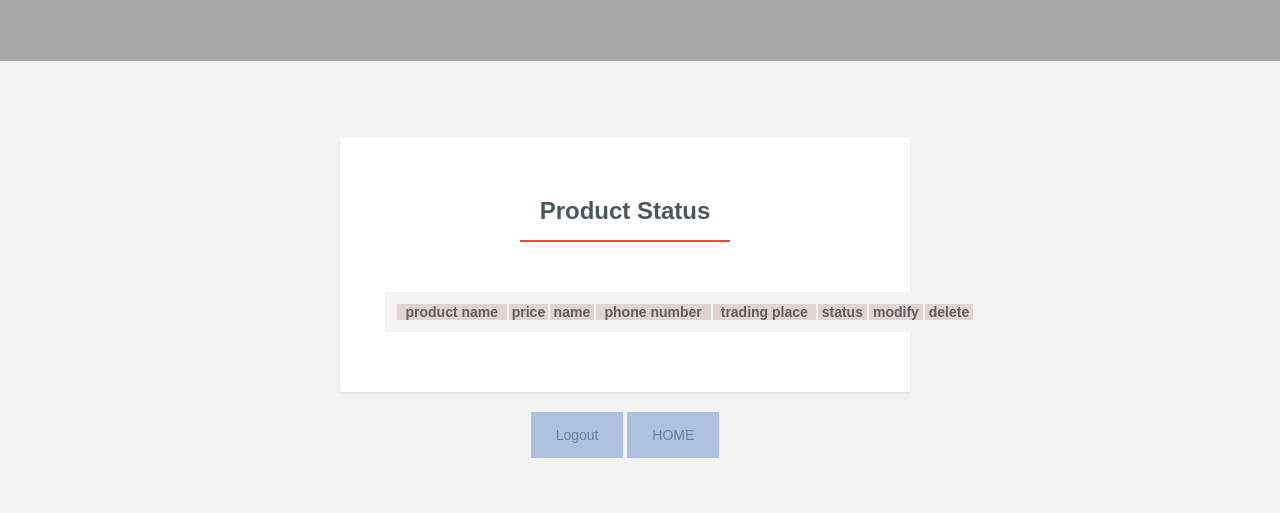
Repository: 0suh/SKKU_Web_project
Page: http://localhost/2018312257_YoungSuhChin_project/productstatus.jsp
These files come from the project's save history. The page is drawn as it stood at one moment and after the next save; the edit follows.
The browser window is 1280 px wide. The pictures show the whole page.
The page is served by Tomcat 9. Queries for data that is not in the repository find no rows.

Above is the page before, as saved 2020-12-20 14:54:14.

### FinalProject/2018312257_YoungSuhChin_project/WebContent/productstatus.jsp
<%@ page language="java" contentType="text/html; charset=utf-8"
    pageEncoding="utf-8"%>
<%@ page import="java.util.*" %>

<!DOCTYPE html>
<%@ page import = "java.sql.*" %>
<html>
<head>
<meta charset="utf-8">
<title>product status</title>
<link rel="stylesheet" href="css/main.css"> <!-- link with css file -->
<link rel="stylesheet" href="css/login-register.css"> <!-- link with css file -->
</head>
<body>
<ul>
<li></li>
</ul>

<div class="main-content">
<%
response.setContentType("text/html;charset=utf-8");
request.setCharacterEncoding("utf-8"); //set charset, encoding
Class.forName("com.mysql.cj.jdbc.Driver"); //load driver
Connection con=null; //declare connection
Statement stmt=null; //declare statement
ResultSet rs=null; //declare result

try
{
	con=DriverManager.getConnection("jdbc:mysql://localhost:3306/dbuser","root","root"); //create connection
	stmt=con.createStatement();

	String query="select productname,price,name,phonenumber,tradingplace,status from product"; //sql select query
	rs=stmt.executeQuery(query); //execute query and store in resultset object rs.
%>
   <form class="form-register" action="memberdelete.jsp" method="post" > <!-- goto memberdelete.jsp -->

   <div class="form-register-with-ID">
   <div class="form-white-background">
     <div class="form-title-row">
    <h1>Product Status</h1>
    </div>

   <table style="color:#5f5f5f;background-color: #f3f3f3;text-align: center;padding:10px;width:600px;margin:0px auto">

   <tr style="background-color:#e0d4d3">
   <td>product name</td> <!-- table for product name -->
   <td>price</td> <!-- table for price -->
   <td>name</td> <!-- table for name -->
   <td>phone number</td> <!-- table for phone number -->
   <td>trading place</td> <!-- table for trading place -->
   <td>status</td> <!-- table for status -->
   <td>modify</td> <!-- table for modify -->
   <td>delete</td> <!-- table for delete -->
   </tr>
   <%
   while(rs.next()){ //get object's field value
	   %>
	   <tr>

	   <td><%=rs.getString("productname") %></td> <!-- get product name -->
	   <td><%=rs.getString("price") %></td> <!-- get price -->
	   <td><%=rs.getString("name") %></td> <!-- get name -->
	   <td><%=rs.getString("phonenumber") %></td> <!-- get phone number -->
	   <td><%=rs.getString("tradingplace") %></td> <!-- get trading place -->
	   <td><%=rs.getString("status") %></td> <!-- get status -->
	   <td><a href="modifyproduct.jsp?mod=<%=rs.getString("productname") %>" style="text-decoration: none; color:#6caee0">modify</a></td><!-- modify member -->
	   <td><a href="deleteproduct.jsp?del=<%=rs.getString("productname") %>" style="text-decoration: none; color:#6caee0">delete</a></td><!-- delete member -->
     </tr>
     <%
     } //end of the while
   %>
     </table>
     </div>
     <a href="logout.jsp" class="form-log-in-with-existing">Logout</a> <!-- log out -->

   <a href="welcomeseller.jsp" class="form-log-in-with-existing">HOME</a> <!-- return to home page -seller -->
    </div>
   </form>
   <%
   rs.close(); // ResultSet exit
   stmt.close(); // Statement exit
   con.close();  // Connection exit
}
   catch(SQLException e){
   out.println("err:"+e.toString());
   }
   %>
   </div>

</body>
</html>

### FinalProject/2018312257_YoungSuhChin_project/WebContent/css/main.css
@import url('http://fonts.googleapis.com/css?family=Open+Sans:400,700');

*{ /*entire setting*/
    margin: 0;
    padding: 0;
    box-sizing: border-box;
}

html{
	background-color: #efefef;
}

body{
	font:14px/1.5 Arial, Helvetica, sans-serif;
	margin:0;
}


ul {/*ul design (menu bar)*/
    list-style: none;
    border-bottom: 1px solid #EAEAEA;
    background-color: #A9A9A9;
    padding: 20px;
    margin-top: 0;
    text-align: center;
    margin-bottom: 75px;
}

ul a{/*ul menu bar link design*/
    text-decoration: none;
    color: #FFF;
    text-align: left;
    background-color: #bfcbde;
    padding: 10px 16px;
    border-radius: 2px;
    opacity: 0.8;
    font-size: 16px;
    display: inline-block;
    margin: 4px;
    line-height: 1;
    outline: none;

    transition: 0.2s ease;
}

ul li a.active{ /*menu hyperlink effect*/
    background-color:#bfcbde;
    pointer-events: none;
}

ul li a:hover { /*when mouse is on hyperlink*/
    opacity: 1;
}


ul li{ /*list design*/
    display: inline-block;

}


.main-content{/*main-content div design*/
    margin-bottom: 75px;
}

### FinalProject/2018312257_YoungSuhChin_project/WebContent/css/login-register.css
html{/*entire html color*/
    background-color: #f3f3f3;
}

.form-register{ /*div form-register design*/
    max-width: 1000px;
    width: 100%;
    margin: 0 auto;
    font: bold 14px sans-serif;
    text-align: center;
}

.form-register-with-ID{/*div form register ID*/
    position: relative;
    display: inline-block;
    vertical-align: top;
    margin-right: 30px;
    text-align: center;
}

.form-register-with-ID .form-white-background{/*div form white background design*/
    width: 570px;
    box-sizing: border-box;
    background-color: #ffffff;
    box-shadow: 0 1px 3px 0 rgba(0, 0, 0, 0.1);
    padding: 60px 45px;
    margin-bottom: 35px;
}

.form-register-with-ID .form-row{ /*form low design*/
    text-align: left;
    margin-bottom: 23px;
}

.form-register-with-ID .form-title-row{ /*form title row design*/
    text-align: center;
    margin-bottom: 50px;
}

.form-register-with-ID h1{ /*h1 text design in form register with ID div*/
    display: inline-block;
    box-sizing: border-box;
    color:  #4c565e;
    font-size: 24px;
    padding: 0 20px 15px;
    border-bottom: 2px solid #e74c3c;
    margin: 0;
}

.form-register-with-ID .form-row > label span{ /*label span design*/
    display: inline-block;
    box-sizing: border-box;
    color:  #5f5f5f;
    width: 125px;
    text-align: right;
    padding-right: 25px;
}
.classification-checkbox{ /*input type:check box design*/
	display: inline-block;
	box-sizing:border-box;
	width: 125px;
	text-align:center;
	color:  #5f5f5f;
}
#classification{/*id=classification design*/
	margin-right: 10px;

}
.form-register-with-ID input{/*register input blank design*/
    color:  #5f5f5f;
    box-sizing: border-box;
    width: 230px;
    box-shadow: 1px 2px 4px 0 rgba(0, 0, 0, 0.08);
    padding: 12px 18px;
    border: 1px solid #dbdbdb;
}
.form-register-with-ID button{/*register ID button*/
    display: block;
    border-radius: 2px;
    background-color:  #6caee0;
    color: #ffffff;
    font-weight: bold;
    box-shadow: 1px 2px 4px 0 rgba(0, 0, 0, 0.08);
    padding: 15px 35px;
    border: 0;
    margin: 55px auto 0;
    cursor: pointer;
}

.form-register-with-ID .form-log-in-with-existing{/*form log in with existing-div design*/
    text-decoration: none;
    padding: 15px 25px;
    font-weight: normal;
    color: #6d7f9c;
    background-color: #adc1e0;
}

After the next save:
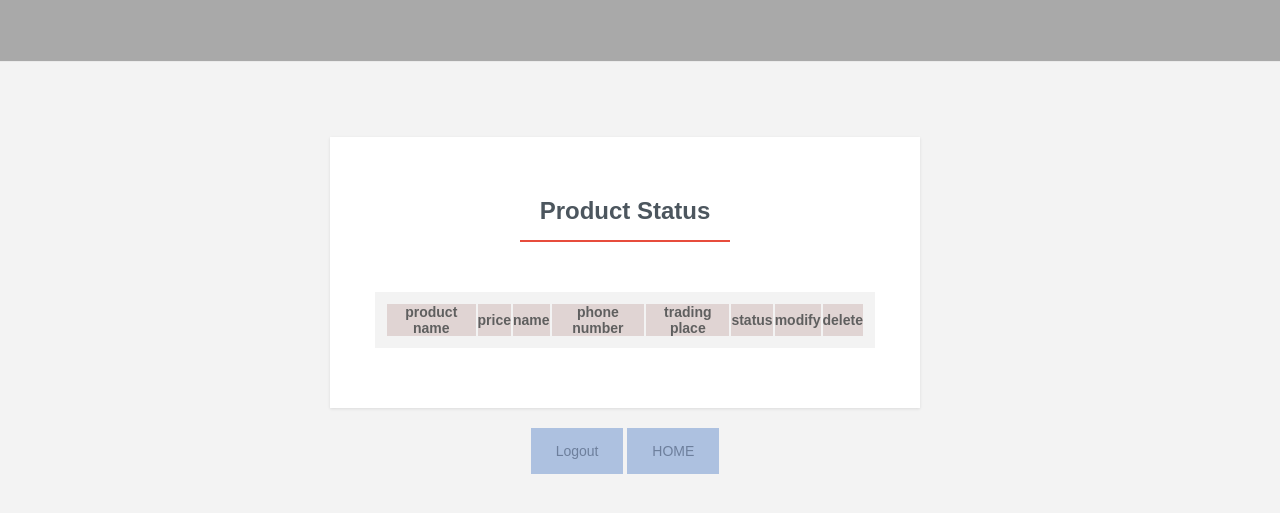
Saved 24 s later.
--- a/FinalProject/2018312257_YoungSuhChin_project/WebContent/productstatus.jsp
+++ b/FinalProject/2018312257_YoungSuhChin_project/WebContent/productstatus.jsp
@@ -33,15 +33,15 @@ try
 	String query="select productname,price,name,phonenumber,tradingplace,status from product"; //sql select query
 	rs=stmt.executeQuery(query); //execute query and store in resultset object rs.
 %>
-   <form class="form-register" action="memberdelete.jsp" method="post" > <!-- goto memberdelete.jsp -->
+   <form class="form-register" action="memberdelete.jsp" method="post"  > <!-- goto memberdelete.jsp -->
 
    <div class="form-register-with-ID">
-   <div class="form-white-background">
+   <div class="form-white-background" style="width:100%">
      <div class="form-title-row">
     <h1>Product Status</h1>
     </div>
 
-   <table style="color:#5f5f5f;background-color: #f3f3f3;text-align: center;padding:10px;width:600px;margin:0px auto">
+   <table style="color:#5f5f5f;background-color: #f3f3f3;text-align: center;padding:10px;width:500px;margin:0px auto">
 
    <tr style="background-color:#e0d4d3">
    <td>product name</td> <!-- table for product name -->
